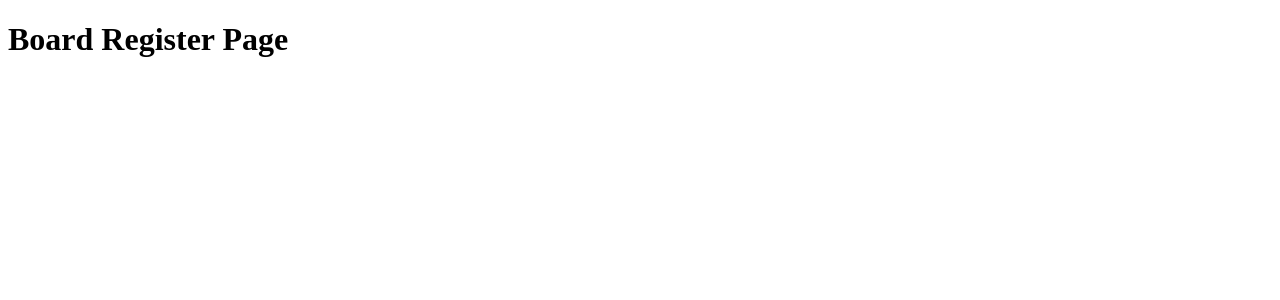
Repository: csk3830/jsp
Page: http://localhost/jsp_study/board/register.jsp
The author's editor kept a copy of each file at every save. The page is drawn from the files as they stood at one save, then again after the next save.
The browser window is 1280 px wide. The pictures show the whole page.
The page is served by Tomcat 9. Other server files are loaded and not shown.

Above is the page before, as saved 2024-10-22 05:59:41.

### jsp_study/src/main/webapp/board/register.jsp
<%@ page language="java" contentType="text/html; charset=UTF-8"
    pageEncoding="UTF-8"%>
<!DOCTYPE html>
<html>
<head>
<meta charset="UTF-8">
<title>Insert title here</title>
</head>
<body>
	<h1>Board Register Page</h1>
</body>
</html>

After the next save:
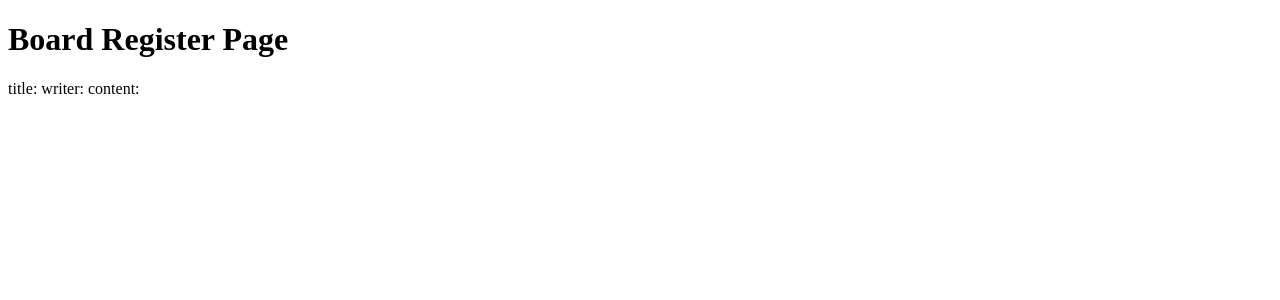
Saved 4 min 22 s later.
--- a/jsp_study/src/main/webapp/board/register.jsp
+++ b/jsp_study/src/main/webapp/board/register.jsp
@@ -8,5 +8,8 @@
 </head>
 <body>
 	<h1>Board Register Page</h1>
+	title:
+	writer:
+	content:
 </body>
 </html>
